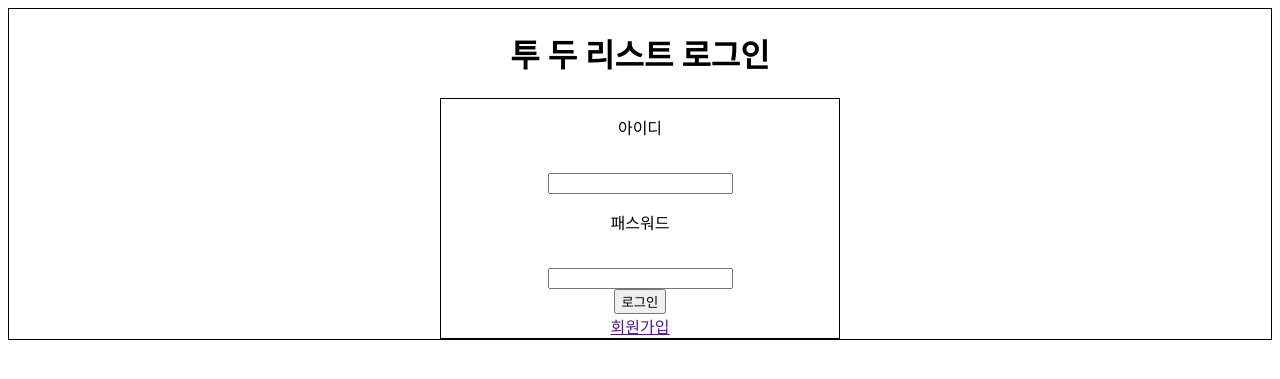
Repository: kdhleppa/server
Page: http://localhost/todoList/
The author's editor kept a copy of each file at every save. The page is drawn from the files as they stood at one save, then again after the next save.
The browser window is 1280 px wide. The pictures show the whole page.
The page is served by Tomcat 9. Other server files are loaded and not shown.

Above is the page before, as saved 2023-09-26 03:40:26.

### todoList/src/main/webapp/index.jsp
<%@ page language="java" contentType="text/html; charset=UTF-8"
    pageEncoding="UTF-8"%>

<%@ taglib prefix="c" uri="http://java.sun.com/jsp/jstl/core"%>
<!DOCTYPE html>
<html>
<head>
<meta charset="UTF-8">
<title>todolist</title>

<link rel="stylesheet" href="/resources/css/main.css">
</head>
<body>
	<main>
	    <div id="container">
	    <h1>투 두 리스트 로그인</h1>
	    <div id="formcontainer">
	    <form action="/member/login">
	        <p>아이디</p><br>
	        <input type="text" name="inputId">
	        <p>패스워드</p><br>
	        <input type="password" name="inputPw">
	        <button>로그인</button>
	        <a href="">회원가입</a>
	    </form>
	    </div>
	    </div>
	</main>

</body>
</html>

### todoList/src/main/webapp/resources/css/main.css
@charset "UTF-8";

* {
    box-sizing: border-box;
}

div {
    border: 1px solid black;
}

#container {
    display: flex;
    justify-content: center;
    align-items: center;
    flex-direction: column;
}

form {
    display: flex;
    justify-content: center;
    align-items: center;
    flex-direction: column;
}

#formcontainer {
	display: flex;
    justify-content: center;
    align-items: center;
    flex-direction: column;
    width: 400px;
}

After the next save:
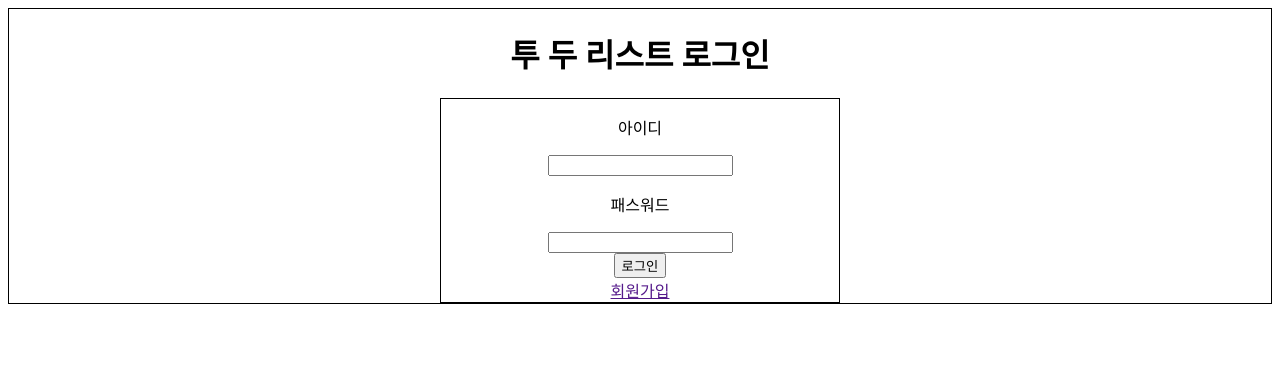
Saved 35 s later.
--- a/todoList/src/main/webapp/index.jsp
+++ b/todoList/src/main/webapp/index.jsp
@@ -16,9 +16,9 @@
 	    <h1>투 두 리스트 로그인</h1>
 	    <div id="formcontainer">
 	    <form action="/member/login">
-	        <p>아이디</p><br>
+	        <p>아이디</p>
 	        <input type="text" name="inputId">
-	        <p>패스워드</p><br>
+	        <p>패스워드</p>
 	        <input type="password" name="inputPw">
 	        <button>로그인</button>
 	        <a href="">회원가입</a>
